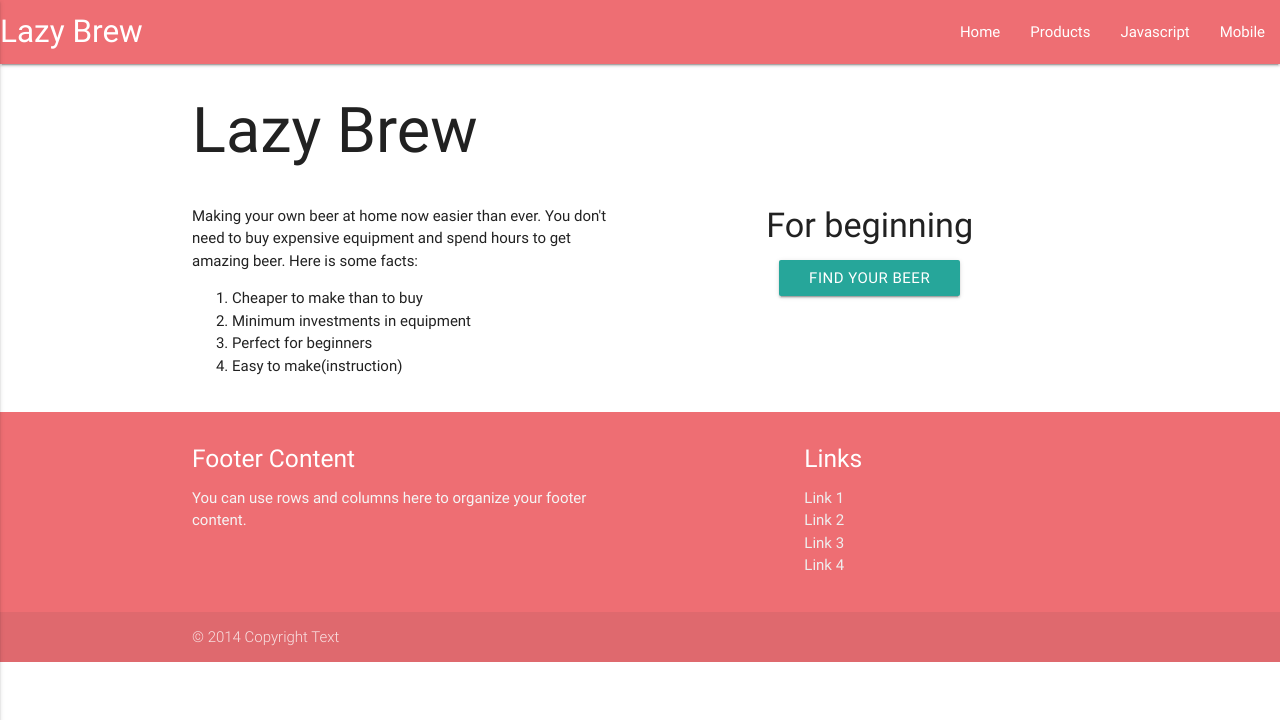
Repository: Leon2ev/lazy-brew
Page: http://localhost/
The author's editor kept a record of every edit. The page is drawn from the files as they stood at one moment, then again after the next edit.
The browser window is 1280 px wide. The pictures show the whole page.
Some web libraries are served in a nearby version. The page is served by the project's application, run on Flask 3 (app.py). Queries for data that is not in the repository find no rows.

Above is the page before.

### templates/index.html
{% extends 'base.html' %}
{% block content %}
    <div class="container">
        <div class="row">
            <div class="col s12">
                <h1>Lazy Brew</h1>
            </div>
            <div class="col s12 l6">
                <p>
                    Making your own beer at home now easier than ever. You don't
                    need to buy expensive equipment and spend hours to get amazing
                    beer. Here is some facts:
                </p>
                <ol>
                    <li>Cheaper to make than to buy</li>
                    <li>Minimum investments in equipment</li>
                    <li>Perfect for beginners</li>
                    <li>Easy to make(instruction)</li>
                </ol>
            </div>
            <div class="col s12 l6">
                <h4 class="center-align">For beginning</h4>
                <p class="center-align">
                    <a class="waves-effect waves-light btn" href="{{url_for('get_products')}}">Find your beer</a>
                </p>
            </div>
        </div>
    </div>
{% endblock %}

### templates/base.html
<!DOCTYPE html>
<html lang="en">
    <head>
        <meta charset="UTF-8">
        <meta name="viewport" content="width=device-width, initial-scale=1.0">
        <meta http-equiv="X-UA-Compatible" content="ie=edge">

        <title>Document</title>

        <link href="https://fonts.googleapis.com/icon?family=Material+Icons" rel="stylesheet">
        <link rel="stylesheet" href="https://cdnjs.cloudflare.com/ajax/libs/materialize/0.100.2/css/materialize.min.css">
        <link rel="stylesheet" href="{{url_for('static', filename='css/style.css')}}" type="text/css">
    </head>
    <header>
        <nav>
            <div class="nav-wrapper">
                <a href="{{url_for('home_page')}}" class="brand-logo">Lazy Brew</a>
                <a href="#" data-activates="mobile-demo" class="button-collapse"><i class="material-icons">menu</i></a>
            <ul class="right hide-on-med-and-down">
                <li><a href="{{url_for('home_page')}}">Home</a></li>
                <li><a href="{{url_for('get_products')}}">Products</a></li>
                <li><a href="collapsible.html">Javascript</a></li>
                <li><a href="mobile.html">Mobile</a></li>
            </ul>
            <ul class="side-nav" id="mobile-demo">
                <li><a href="index.html">Home</a></li>
                <li><a href="products.html">Products</a></li>
                <li><a href="collapsible.html">Javascript</a></li>
                <li><a href="mobile.html">Mobile</a></li>
            </ul>
            </div>
        </nav>
    </header>
    <body>
        {% block content %}{% endblock %}
        <script src="https://cdnjs.cloudflare.com/ajax/libs/jquery/3.2.1/jquery.min.js"></script>
        <script src="https://cdnjs.cloudflare.com/ajax/libs/materialize/0.100.2/js/materialize.min.js"></script>
        <script type="text/javascript">
            $(document).ready(function() {
                $('select').material_select();
                $(".button-collapse").sideNav();
            });
        </script>
    </body>
    <footer class="page-footer">
        <div class="container">
            <div class="row">
                <div class="col l6 s12">
                    <h5 class="white-text">Footer Content</h5>
                    <p class="grey-text text-lighten-4">You can use rows and columns here to organize your footer content.</p>
                </div>
                <div class="col l4 offset-l2 s12">
                    <h5 class="white-text">Links</h5>
                    <ul>
                        <li><a class="grey-text text-lighten-3" href="#!">Link 1</a></li>
                        <li><a class="grey-text text-lighten-3" href="#!">Link 2</a></li>
                        <li><a class="grey-text text-lighten-3" href="#!">Link 3</a></li>
                        <li><a class="grey-text text-lighten-3" href="#!">Link 4</a></li>
                    </ul>
                </div>
            </div>
        </div>
        <div class="footer-copyright">
            <div class="container">
                © 2014 Copyright Text
            </div>
        </div>
    </footer>
</html>

### app.py
import os
from flask import Flask, render_template, redirect, request, url_for
from flask_pymongo import PyMongo
from bson.objectid import ObjectId

app = Flask(__name__)

# Connection to MongoDB

app.config["MONGO_DBNAME"] = 'beer_brewing'
app.config["MONGO_URI"] = os.getenv('MONGO_URI', 'mongodb://localhost')

mongo = PyMongo(app)

# App routes ------------------------------------------------------------

@app.route('/')

# Home page

@app.route('/home_page')
def home_page():
    return render_template("index.html",
    types=mongo.db.types.find())

# Product selection

@app.route('/get_products')
def get_products():
    return render_template("products.html",
    products=mongo.db.products.find())

# Add product

@app.route('/add_product')
def add_product():
    return render_template("addproduct.html",
    brands=mongo.db.brands.find(),
    types=mongo.db.types.find())

# Proceed inserted data to mongo

@app.route('/insert_product', methods=["POST"])
def insert_product():
    products=mongo.db.products
    products.insert_one(request.form.to_dict())
    return redirect(url_for('get_products'))

# Edit product

@app.route('/edit_product/<product_id>')
def edit_product(product_id):
    return render_template("editproduct.html",
    product=mongo.db.products.find_one({"_id": ObjectId(product_id)}),
    brands=mongo.db.brands.find(),
    types=mongo.db.types.find())

# Update product

@app.route('/update_product/<product_id>', methods=["POST"])
def update_product(product_id):
    products=mongo.db.products
    products.update({'_id': ObjectId(product_id)},
    {
        'name': request.form.get('name'),
        'brand_name': request.form.get('brand_name'),
        'image_url': request.form.get('image_url'),
        'type_name': request.form.get('type_name'),
        'about': request.form.get('about'),
        'abv': request.form.get('abv'),
        'amount': request.form.get('amount'),
        'instruction': request.form.get('instruction'),
        'gluten': request.form.get('gluten')
    })
    return redirect(url_for('get_products'))

# Delete product

@app.route('/delete_product/<product_id>')
def delete_product(product_id):
    mongo.db.products.remove({'_id': ObjectId(product_id)})
    return redirect(url_for('get_products'))

# Single product description

@app.route('/get_description/<product_id>')
def get_description(product_id):
    return render_template("description.html",
    product=mongo.db.products.find_one({"_id": ObjectId(product_id)}))


if __name__ == "__main__":
    app.run(host=os.environ.get('IP'),
        port=int(os.environ.get('PORT')),
        debug=True)

Loaded but not shown: static/css/style.css (no copy from this time; the picture is the same without it)

After the next edit:
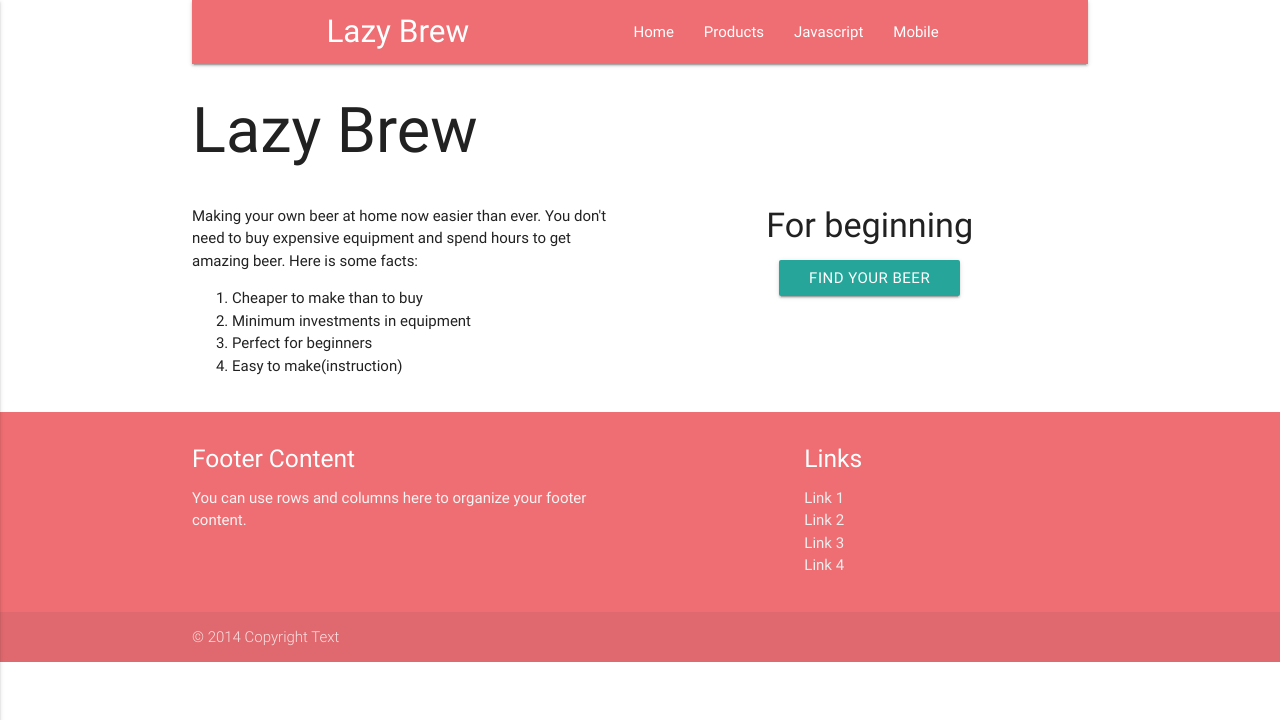
The edit:
--- a/templates/base.html
+++ b/templates/base.html
@@ -12,24 +12,26 @@
         <link rel="stylesheet" href="{{url_for('static', filename='css/style.css')}}" type="text/css">
     </head>
     <header>
-        <nav>
-            <div class="nav-wrapper">
-                <a href="{{url_for('home_page')}}" class="brand-logo">Lazy Brew</a>
-                <a href="#" data-activates="mobile-demo" class="button-collapse"><i class="material-icons">menu</i></a>
-            <ul class="right hide-on-med-and-down">
-                <li><a href="{{url_for('home_page')}}">Home</a></li>
-                <li><a href="{{url_for('get_products')}}">Products</a></li>
-                <li><a href="collapsible.html">Javascript</a></li>
-                <li><a href="mobile.html">Mobile</a></li>
-            </ul>
-            <ul class="side-nav" id="mobile-demo">
-                <li><a href="index.html">Home</a></li>
-                <li><a href="products.html">Products</a></li>
-                <li><a href="collapsible.html">Javascript</a></li>
-                <li><a href="mobile.html">Mobile</a></li>
-            </ul>
-            </div>
-        </nav>
+        <div class="container">
+            <nav>
+                <div class="container nav-wrapper">
+                    <a href="{{url_for('home_page')}}" class="brand-logo">Lazy Brew</a>
+                    <a href="#" data-activates="mobile-demo" class="button-collapse"><i class="material-icons">menu</i></a>
+                <ul class="right hide-on-med-and-down">
+                    <li><a href="{{url_for('home_page')}}">Home</a></li>
+                    <li><a href="{{url_for('get_products')}}">Products</a></li>
+                    <li><a href="collapsible.html">Javascript</a></li>
+                    <li><a href="mobile.html">Mobile</a></li>
+                </ul>
+                <ul class="side-nav" id="mobile-demo">
+                    <li><a href="index.html">Home</a></li>
+                    <li><a href="products.html">Products</a></li>
+                    <li><a href="collapsible.html">Javascript</a></li>
+                    <li><a href="mobile.html">Mobile</a></li>
+                </ul>
+                </div>
+            </nav>
+        </div>
     </header>
     <body>
         {% block content %}{% endblock %}
